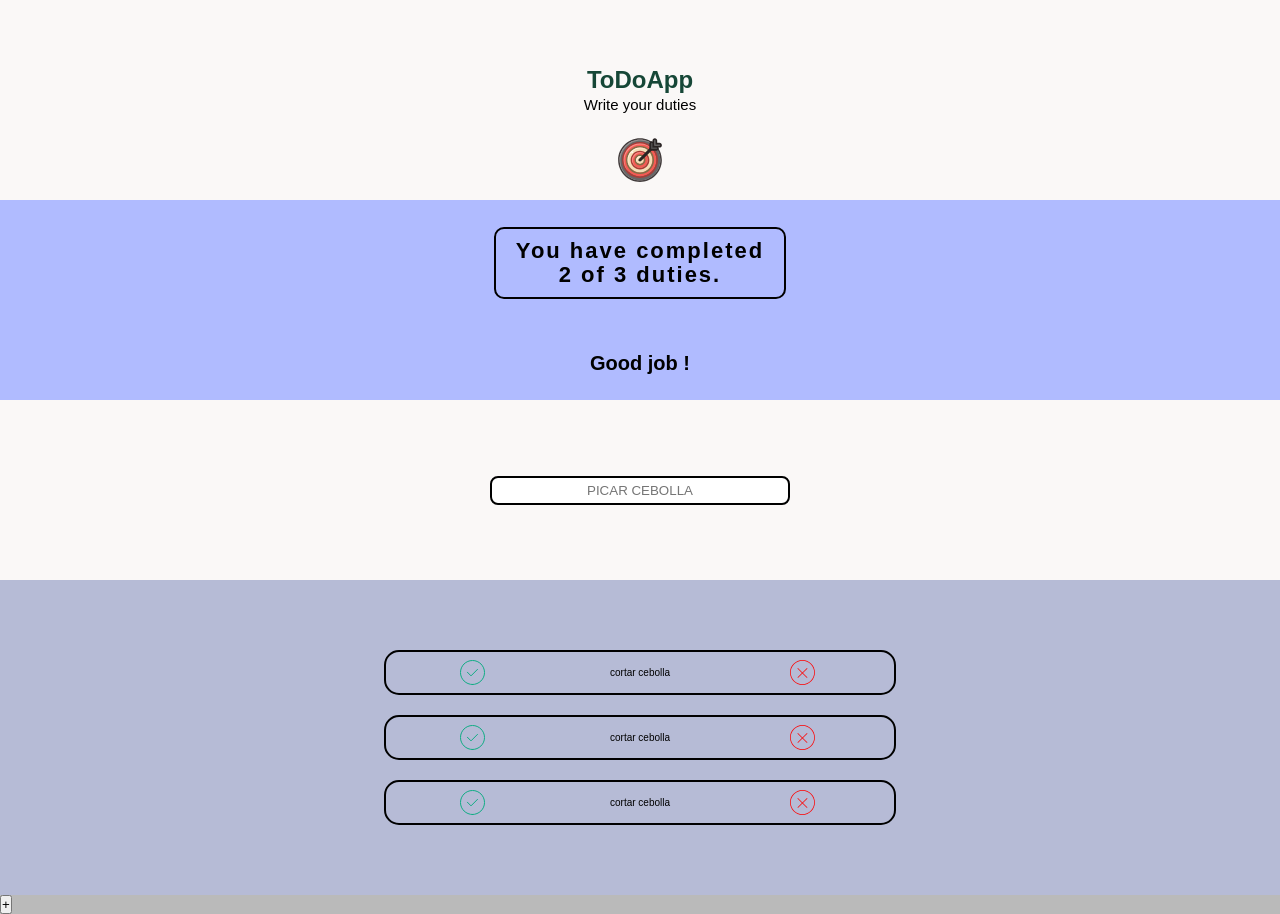
Repository: ChristianGecchelin/to-do-app
Page: /
An editor plug-in stored every save of this project. The page is shown before and after the next save, followed by the edit.
The browser window is 1280 px wide. The pictures show the whole page.
The project was rebuilt for these pictures with package versions that can differ from the ones it lists, and the page was loaded fresh each time.

Above is the page before, as saved 2022-01-12 15:38:48.

After the next save:
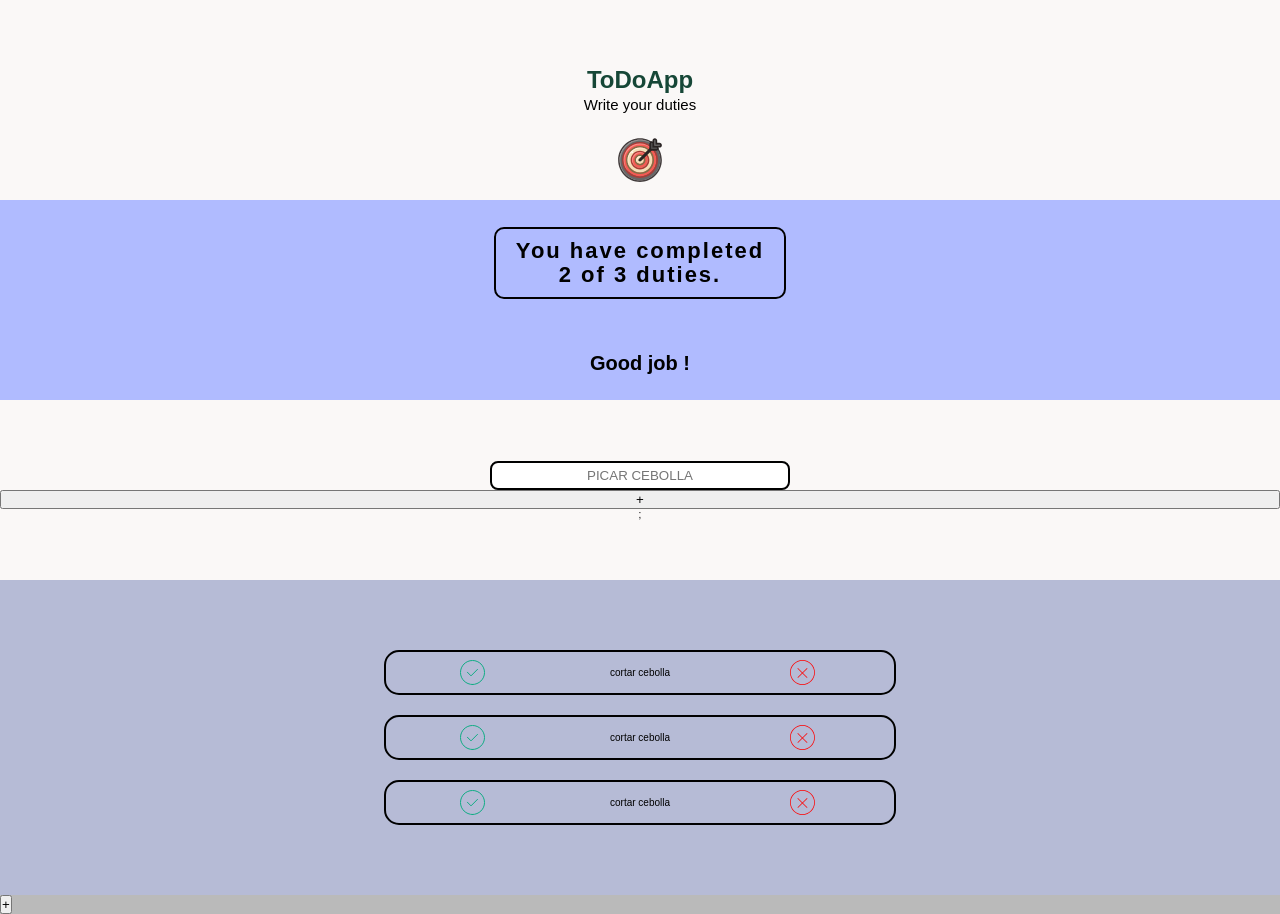
Saved 36 s later.
--- a/src/ToDoSearch.js
+++ b/src/ToDoSearch.js
@@ -3,6 +3,7 @@ function ToDoSearch() {
   return (
     <section className="search-container">
       <input className="search-input" placeholder="Picar cebolla"></input>
+      <button>+</button>;
     </section>
   );
 }
